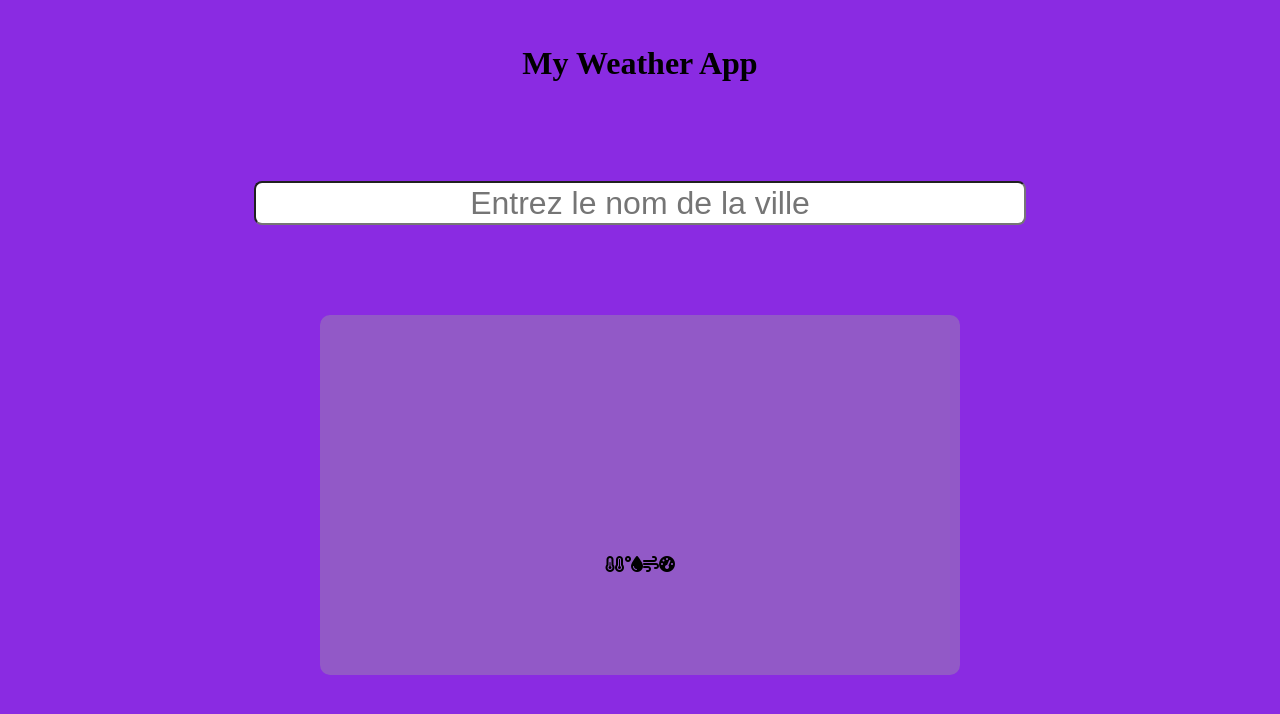
Repository: JeffnyAugustin/MyWeatherApp
Page: index.html
These files come from the project's save history. The page is drawn as it stood at one moment and after a run of saves; the edit follows.
The browser window is 1280 px wide. The pictures show the whole page.

Above is the page before, as saved 2023-11-14 18:45:28.

After the next 4 saves:
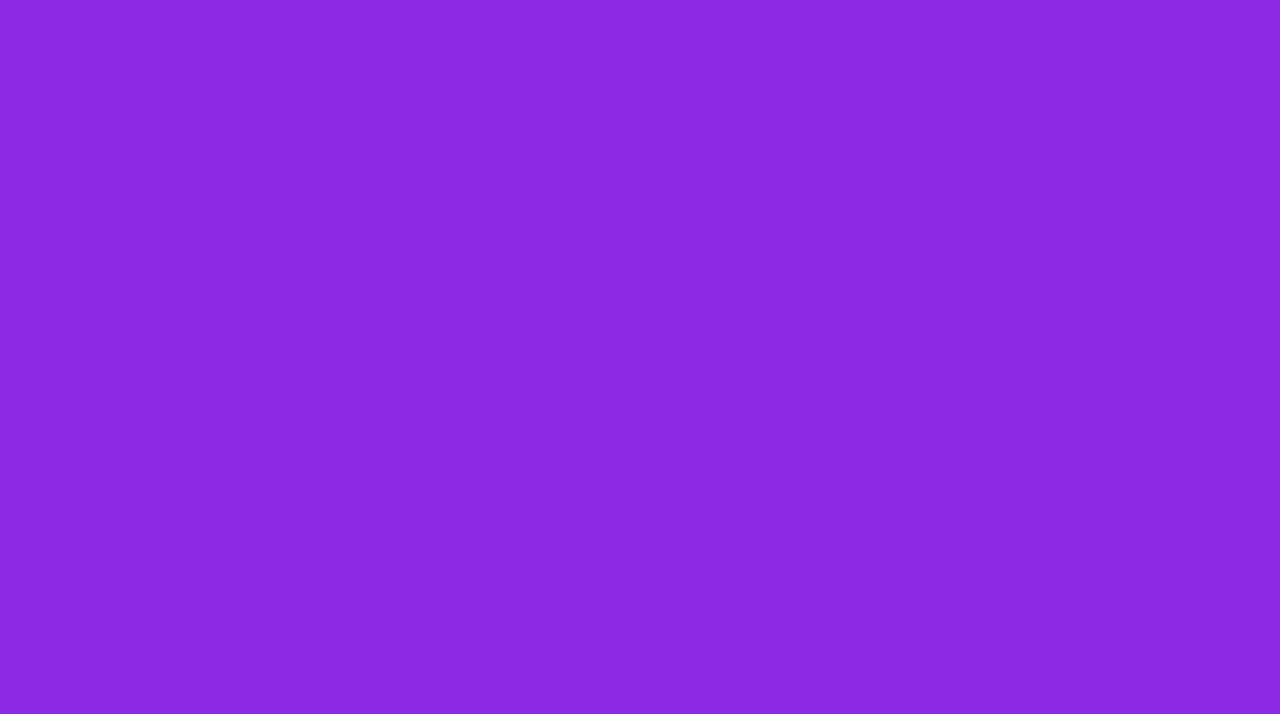
Console error: SyntaxError: Unexpected token ')'
The 4 saves are shown as one change because they came seconds apart.
The last was saved 2 min 50 s later.
--- a/js/script.js
+++ b/js/script.js
@@ -168,6 +168,27 @@
             DataWind.textContent = "Vitesse du vent : " + Math.floor(data.list[0].wind.speed) + " Km/h";
             pressure.textContent = "Pression : " + data.list[0].main.pressure + " hPa";
 
+
+             // Afficher les prévisions pour les 5 prochains jours
+             for (let i = 0; i < data.list.length; i += 8) {
+                const dayForecast = document.createElement("div");
+                dayForecast.className = "day-forecast";
+
+                const date = new Date(data.list[i].dt * 1000);
+                const dayName = new Intl.DateTimeFormat('fr-FR', { weekday: 'long' }).format(date);
+
+                const dayNameElement = document.createElement("p");
+                dayNameElement.textContent = dayName;
+
+                const iconElement = document.createElement("img");
+                iconElement.src = `http://openweathermap.org/img/w/${data.list[i].weather[0].icon}.png`;
+
+                const temperatureElement = document.createElement("p");
+                temperatureElement.textContent = `Température : ${Math.round(data.list[i].main.temp)}°C`;
+
+                dayForecast.append(dayNameElement, iconElement, temperatureElement);
+                weather.appendChild(dayForecast);
+
                // Display the date and time
                dateTimeDiv.textContent = "Date du jour : " + formatDateTime();
 

After the save that followed:
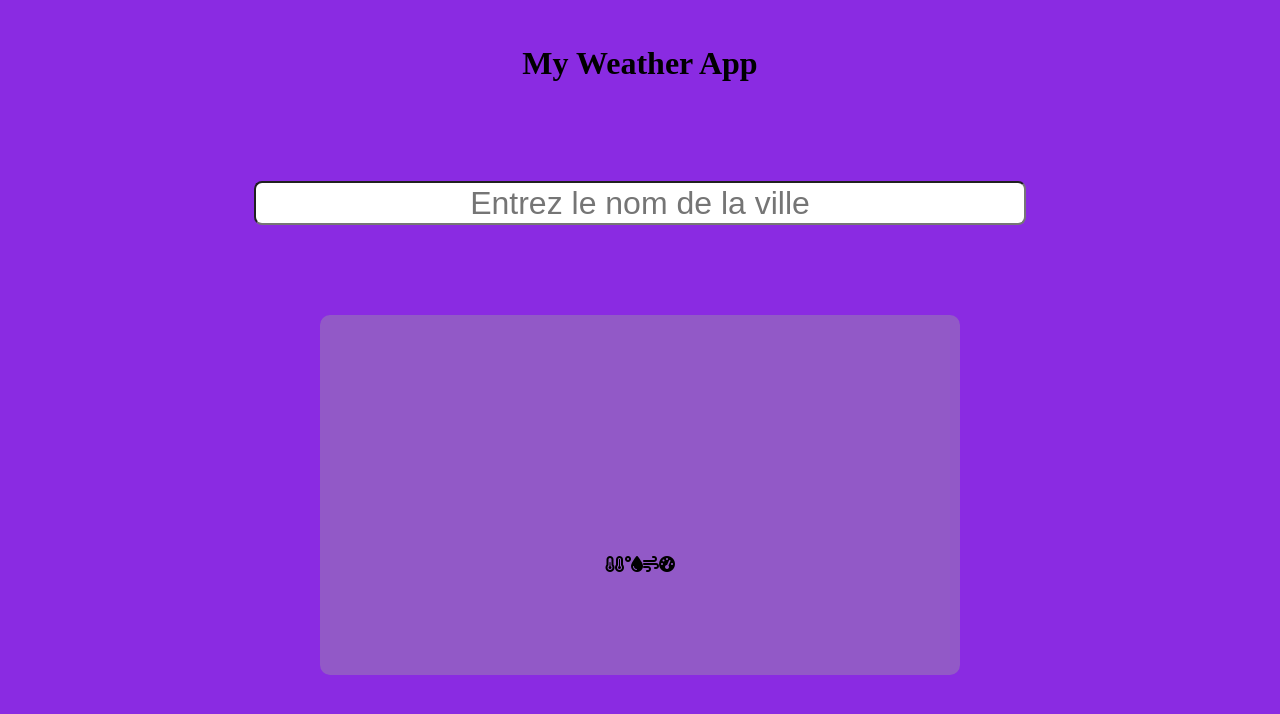
The error is gone.
Saved 15 s later.
--- a/js/script.js
+++ b/js/script.js
@@ -188,7 +188,7 @@
 
                 dayForecast.append(dayNameElement, iconElement, temperatureElement);
                 weather.appendChild(dayForecast);
-
+             }
                // Display the date and time
                dateTimeDiv.textContent = "Date du jour : " + formatDateTime();
 
